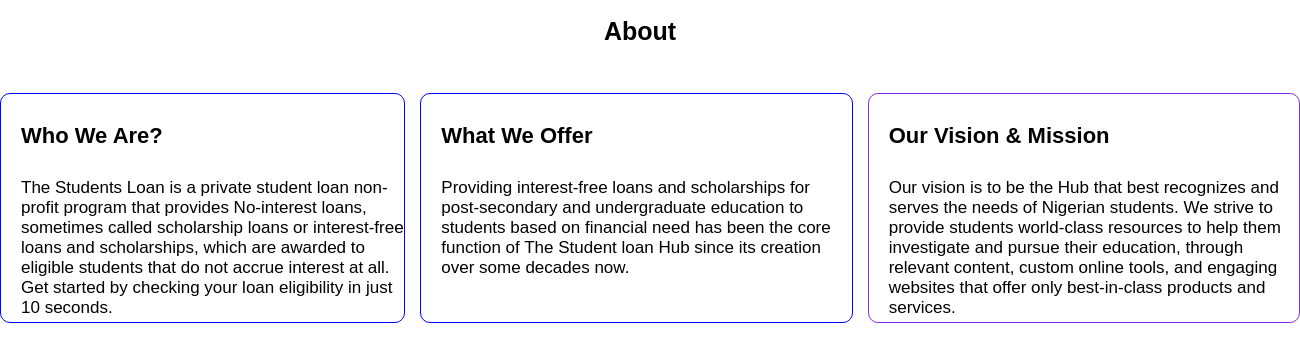
Repository: Tobby004/basic-loanweb
Page: about.html
These files come from the project's save history. The page is drawn as it stood at one moment and after the next save; the edit follows.
The browser window is 1280 px wide. The page is 1300 px wide, so the pictures cover 1300 px, including what lies to the right of the window. The pictures show the whole page.

Above is the page before, as saved 2023-07-06 02:22:00.

After the next save:
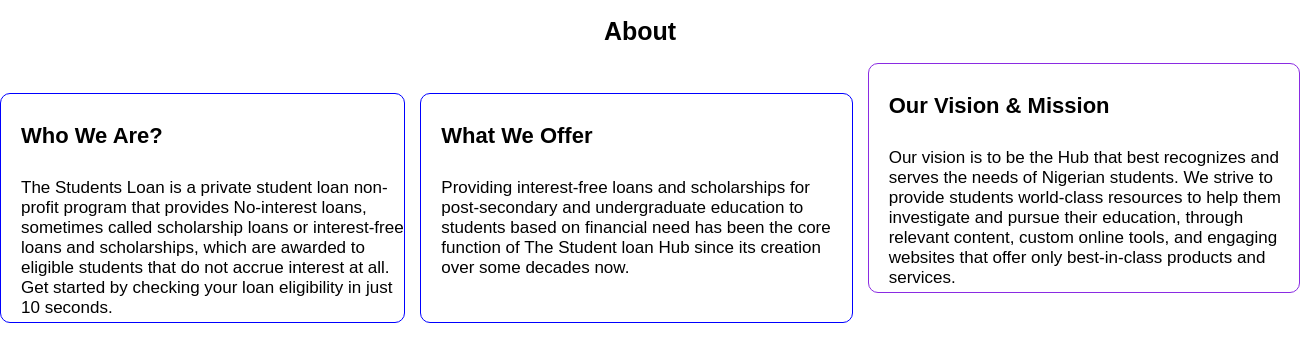
Saved 95 s later.
--- a/about.css
+++ b/about.css
@@ -19,7 +19,7 @@ h1 {
     height: 300px;
     width: 1300px;
     background: #ffffff;
-   gap: 15px;
+    gap: 15px;
 }
 .box-1{
   margin-top: 30px;
@@ -50,7 +50,7 @@ h1 {
 .box-3{
     height: 230px;
     width: 480px;
-    margin-top: 30px;
+
     background: #ffffff;
     border-radius: 10px;
     border: solid 0.5px blueviolet;
